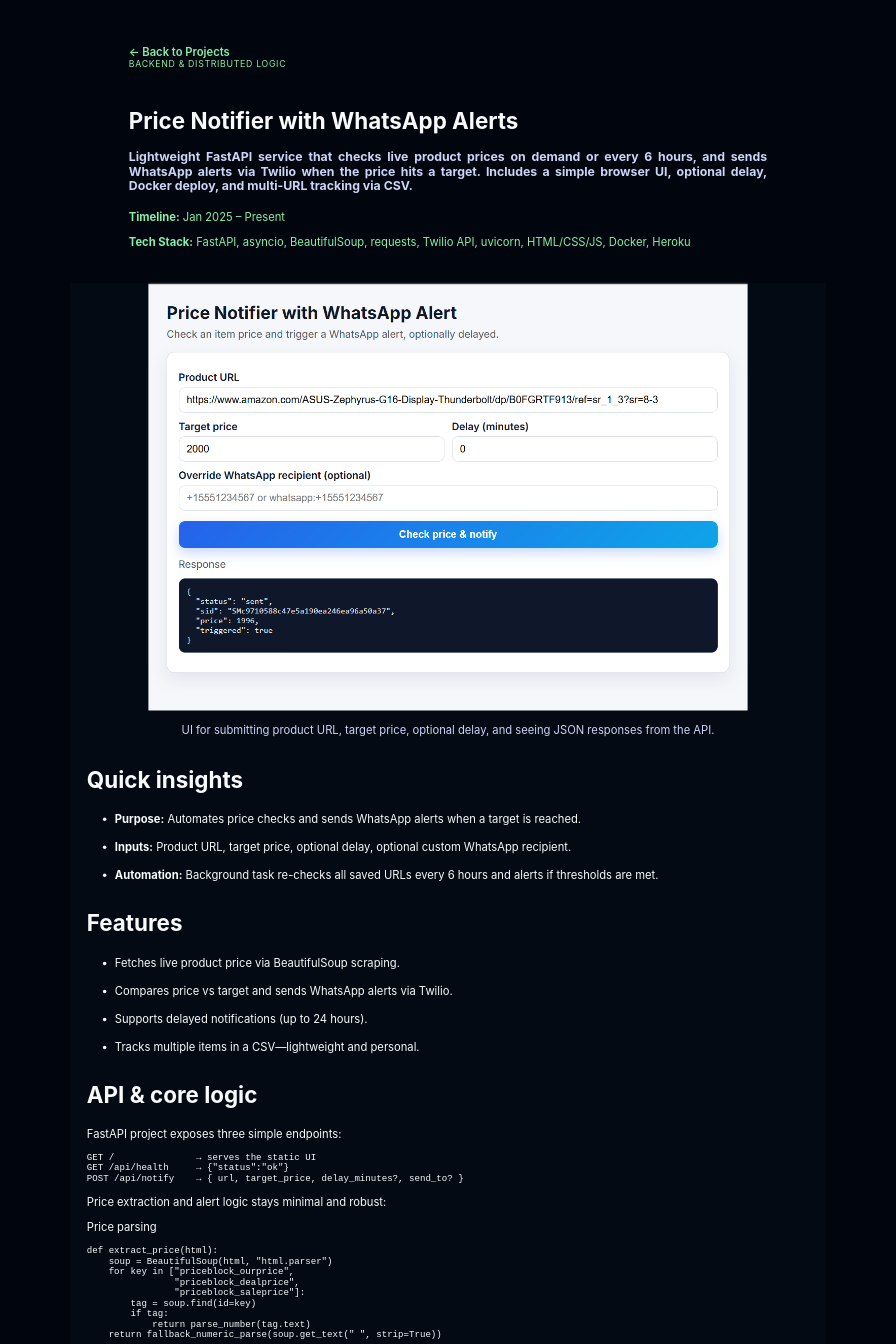
Repository: Abdulaziz-04/Abdulaziz-04.github.io
Page: deepdives/backend_systems/price_notifier/price_notifier.html
These files come from the project's save history. The page is drawn as it stood at one moment and after the next save; the edit follows.
The browser window is 1280 px wide. The pictures show the part of the page from y = 0 to 1920 px (the page is 4150 px tall before and 4114 px after), at 70% of full size.

Above is the page before, as saved 2025-11-21 15:06:32.

### deepdives/backend_systems/price_notifier/price_notifier.html
<!DOCTYPE html>
<html lang="en">
  <head>
    <meta charset="UTF-8" />
    <meta name="viewport" content="width=device-width, initial-scale=1" />
    <title>Price Notifier with WhatsApp Alerts</title>
    <link rel="stylesheet" href="../../../assets/css/styles.css" />
  </head>

  <body class="project-detail-page">
    <header class="detail-hero">
      <a class="category-back" href="../../../projects/backend_systems.html">
        ← Back to Projects
      </a>

      <p class="category-pill">Backend & Distributed Logic</p>
      <br />

      <h1>Price Notifier with WhatsApp Alerts</h1>

      <p class="detail-summary">
        <b>
          Lightweight FastAPI service that checks live product prices on demand
          or every 6 hours, and sends WhatsApp alerts via Twilio when the price
          hits a target. Includes a simple browser UI, optional delay, Docker
          deploy, and multi-URL tracking via CSV.
        </b>
      </p>

      <ul class="detail-meta">
        <li><strong>Timeline:</strong> Jan 2025 – Present</li>
        <br />
        <li>
          <strong>Tech Stack:</strong> FastAPI, asyncio, BeautifulSoup,
          requests, Twilio API, uvicorn, HTML/CSS/JS, Docker, Heroku
        </li>
      </ul>
    </header>

    <main class="section detail-content">
      <!-- HERO IMAGE -->
      <section class="detail-section detail-hero-gif">
        <figure class="gallery-item gallery-item--wide">
          <img
            src="./images/intro.png"
            alt="Price notifier UI"
            style="display: block; margin: 0 auto; max-width: 90%; height: auto"
          />
          <figcaption style="text-align: center">
            UI for submitting product URL, target price, optional delay, and
            seeing JSON responses from the API.
          </figcaption>
        </figure>
      </section>

      <!-- QUICK INSIGHTS -->
      <section class="detail-section">
        <h2>Quick insights</h2>
        <ul class="psr-list">
          <li>
            <strong>Purpose:</strong> Automates price checks and sends WhatsApp
            alerts when a target is reached.
          </li>
          <br />
          <li>
            <strong>Inputs:</strong> Product URL, target price, optional delay,
            optional custom WhatsApp recipient.
          </li>
          <br />
          <li>
            <strong>Automation:</strong> Background task re-checks all saved
            URLs every 6 hours and alerts if thresholds are met.
          </li>
        </ul>
      </section>

      <!-- FEATURES -->
      <section class="detail-section">
        <h2>Features</h2>
        <ul>
          <li>Fetches live product price via BeautifulSoup scraping.</li>
          <br />
          <li>
            Compares price vs target and sends WhatsApp alerts via Twilio.
          </li>
          <br />
          <li>Supports delayed notifications (up to 24 hours).</li>
          <br />
          <li>Tracks multiple items in a CSV—lightweight and personal.</li>
        </ul>
      </section>

      <!-- API & LOGIC -->
      <section class="detail-section">
        <h2>API & core logic</h2>

        <p>FastAPI project exposes three simple endpoints:</p>

        <pre
          class="code-bordered"
        ><code>GET /               → serves the static UI
GET /api/health     → {"status":"ok"}
POST /api/notify    → { url, target_price, delay_minutes?, send_to? }</code></pre>

        <p>Price extraction and alert logic stays minimal and robust:</p>

        <div class="code-grid">
          <div class="code-block">
            <p class="code-block__title">Price parsing</p>
            <div class="code-card">
              <pre><code>def extract_price(html):
    soup = BeautifulSoup(html, "html.parser")
    for key in ["priceblock_ourprice",
                "priceblock_dealprice",
                "priceblock_saleprice"]:
        tag = soup.find(id=key)
        if tag:
            return parse_number(tag.text)
    return fallback_numeric_parse(soup.get_text(" ", strip=True))</code></pre>
            </div>
          </div>

          <div class="code-block">
            <p class="code-block__title">Alert decision</p>
            <div class="code-card">
              <pre><code>if price <= target_price:
    if delay:
        asyncio.create_task(send_after_delay(delay, payload))
    else:
        sid = send_whatsapp(payload, price)
</code></pre>
            </div>
          </div>
        </div>

        <p>
          If Twilio credentials or price parsing fails, FastAPI returns clean
          4xx/5xx JSON responses with explanations.
        </p>
      </section>

      <!-- DEPLOYMENT -->
      <section class="detail-section">
        <h2>Deployment & automation</h2>
        <ul>
          <li>Dockerized app deployed on Heroku via container registry.</li>
          <br />
          <li>
            Background task reloads the CSV and checks all URLs every 6 hours.
          </li>
          <br />
          <li>
            Static UI served directly through FastAPI—zero CORS complications.
          </li>
        </ul>
      </section>

      <!-- GALLERY -->
      <section class="detail-section detail-gallery">
        <h2>WhatsApp alert snapshot</h2>

        <div class="gallery-row gallery-row--one">
          <figure class="gallery-item gallery-item--wide">
            <a href="./images/notify.jpg" target="_blank">
              <img
                src="./images/notify.jpg"
                alt="WhatsApp alert showcasing price trigger"
              />
            </a>
            <figcaption>
              Example WhatsApp alert sent when the price dropped below target.
            </figcaption>
          </figure>
        </div>
      </section>
    </main>
  </body>
</html>

### assets/css/styles.css
:root {
  --bg: #030a13;
  --bg-alt: #050f1f;
  --panel: #071425;
  --panel-soft: rgba(34, 197, 94, 0.08);
  --accent: #22c55e;
  --accent-strong: #86efac;
  --text: #f8fafc;
  --muted: #cbd5f5;
  --border: rgba(255, 255, 255, 0.08);
  --radius: 18px;
  --shadow: 0 25px 70px rgba(1, 8, 4, 0.55);
}

* {
  box-sizing: border-box;
}

body {
  margin: 0;
  min-height: 100vh;
  font-family: "Inter", "Segoe UI", system-ui, -apple-system, BlinkMacSystemFont,
    sans-serif;
  color: var(--text);
  background: radial-gradient(circle at 15% 35%, rgba(34, 197, 94, 0.15), transparent 45%),
    radial-gradient(circle at 80% 0%, rgba(134, 239, 172, 0.2), transparent 35%),
    #020718;
  scroll-behavior: smooth;
  padding-top: 0;
}

.modal-open {
  overflow: hidden;
}

main {
  background: var(--bg);
}

.section {
  max-width: 1080px;
  margin: 0 auto;
  padding: 3.5rem 1.5rem;
}

.site-header {
  margin: 0;
  padding: clamp(4rem, 12vw, 6rem) clamp(1.5rem, 6vw, 4rem) 3.5rem;
  background: linear-gradient(135deg, rgba(5, 18, 12, 0.9), rgba(3, 10, 19, 0.85)),
    radial-gradient(circle at top left, rgba(34, 197, 94, 0.25), transparent 55%);
  box-shadow: inset 0 1px 0 rgba(255, 255, 255, 0.05);
  min-height: 85vh;
  display: flex;
  align-items: center;
}

.hero-header {
  margin-top: 0;
  padding-top: clamp(4.5rem, 12vw, 7rem);
}

.top-nav {
  position: fixed;
  top: 0;
  left: 0;
  width: 100%;
  padding: 0.75rem clamp(1.25rem, 6vw, 4rem);
  background: rgba(4, 9, 20, 0.95);
  border-bottom: 1px solid rgba(255, 255, 255, 0.05);
  backdrop-filter: blur(14px);
  display: flex;
  align-items: center;
  justify-content: space-between;
  gap: 1rem;
  z-index: 50;
}

.top-nav__brand {
  font-size: 0.85rem;
  letter-spacing: 0.3em;
  text-transform: uppercase;
  color: var(--muted);
}

.top-nav__links {
  display: flex;
  align-items: center;
  gap: 0.9rem;
  flex-wrap: wrap;
}

.nav-link {
  text-decoration: none;
  color: var(--muted);
  font-weight: 600;
  letter-spacing: 0.08em;
  text-transform: uppercase;
  padding: 0.4rem 0.85rem;
  border-radius: 999px;
  transition: color 0.2s ease, background 0.2s ease;
}

.nav-link:hover {
  color: var(--text);
}

.nav-link.active {
  background: var(--accent);
  color: #03140c;
}

.hire-btn {
  cursor: pointer;
  background: var(--accent);
  color: black;
  padding: 0.95rem 2.4rem;
  font-size: 1.1rem;
  font-weight: 700;
  border: none;
  border-radius: 999px;
  box-shadow: 0 12px 28px rgba(34, 197, 94, 0.35);
}

.hero-grid {
  display: grid;
  grid-template-columns: minmax(0, 1.4fr) minmax(220px, 320px);
  gap: clamp(2rem, 4vw, 3.5rem);
  width: 100%;
  align-items: start;
}

.hero-text h1 {
  font-size: clamp(2.5rem, 5vw, 3.8rem);
  margin: 0.2rem 0 0.8rem;
}

.hero-lede {
  color: var(--muted);
  font-size: 1.05rem;
  max-width: 560px;
  line-height: 1.6;
}

.eyebrow {
  text-transform: uppercase;
  color: var(--accent-strong);
}

.hero-summary {
  margin: 1.5rem 0 1.75rem;
  color: var(--muted);
}

.summary-list {
  font-size: large;
  margin: 0;
  padding-left: 1.5rem;
}

.summary-list li {
  margin-bottom: 0.55rem;
  line-height: 1.5;
}

.hero-actions {
  display: flex;
  flex-wrap: wrap;
  gap: 1rem;
  width: 100%;
}

.hero-actions .hire-btn {
  padding: 1.1rem 2.8rem;
  font-size: 1.2rem;
}

.btn {
  display: inline-flex;
  align-items: center;
  justify-content: center;
  gap: 0.4rem;
  padding: 0.75rem 1.6rem;
  border-radius: 999px;
  text-decoration: none;
  font-weight: 600;
  transition: transform 0.2s ease, box-shadow 0.2s ease;
}

.btn.primary {
  background: linear-gradient(120deg, var(--accent), var(--accent-strong));
  color: #020714;
  box-shadow: var(--shadow);
}

.btn.secondary {
  border: 1px solid var(--accent);
  color: var(--accent-strong);
}

.btn:hover {
  transform: translateY(-2px);
}

.hero-photo {
  justify-self: center;
}

.hero-photo img {
  width: clamp(220px, 18vw, 280px);
  border-radius: 28px;
  border: 1px solid rgba(134, 239, 172, 0.2);
  box-shadow: 0 20px 60px rgba(0, 0, 0, 0.6);
  filter: saturate(1.05);
}

.section h2 {
  margin-top: 0;
  font-size: 2rem;
}

.experience-grid {
  display: grid;
  grid-template-columns: repeat(auto-fit, minmax(300px, 1fr));
  gap: 1.75rem;
}

.experience-title {
  display: flex;
  justify-content: space-between;
  align-items: center;
  gap: 1rem;
  font-size: 1.2rem;
}

.experience-title .role {
  color: var(--text); /* default text color */
  font-weight: 600;
}

.experience-title .org {
  color:#6DF9C9;
  white-space: nowrap;
}

.experience-card,
.project-card {
  background: linear-gradient(145deg, var(--panel), rgba(6, 14, 18, 0.9));
  border-radius: var(--radius);
  border: 1px solid var(--border);
  padding: 1.75rem;
  box-shadow: var(--shadow);
}

.timeline {
  border-left: 2px solid var(--border);
  margin-top: 1.25rem;
}

.timeline-item {
  padding-left: 1.75rem;
  margin-bottom: 1.75rem;
  position: relative;
}

.timeline-header {
  display: flex;
  justify-content: space-between;
  align-items: baseline;
  gap: 1rem;
}

.timeline-header h3 {
  margin: 0;
}

.education-title {
  display: flex;
  justify-content: space-between;
  gap: 0.75rem;
  align-items: baseline;
  flex-wrap: wrap;
}

.edu-gpa {
  color: var(--accent-strong);
  white-space: nowrap;
  font-size: 0.95rem;
}





.hire-modal {
  position: fixed;
  inset: 0;
  background: rgba(5, 9, 18, 0.8);
  display: flex;
  justify-content: center;
  align-items: center;
  z-index: 100;
}

.hire-modal[hidden] {
  display: none;
}

.hire-modal__panel {
  background: #050b16;
  border: 1px solid rgba(255, 255, 255, 0.08);
  border-radius: 22px;
  padding: 1.75rem;
  width: min(90%, 420px);
  box-shadow: 0 30px 80px rgba(0, 0, 0, 0.55);
  position: relative;
  color: var(--text);
}

.hire-modal__panel p {
  color: var(--muted);
}

.hire-modal__close {
  position: absolute;
  top: 0.5rem;
  right: 0.75rem;
  background: var(--accent);
  color: #02120b;
  border: none;
  font-size: 1.35rem;
  font-weight: 700;
  cursor: pointer;
  width: 2.25rem;
  height: 2.25rem;
  border-radius: 999px;
  display: inline-flex;
  align-items: center;
  justify-content: center;
  line-height: 1;
}

.hire-options {
  display: flex;
  flex-direction: column;
  gap: 0.75rem;
  margin-top: 1rem;
}

.hire-option {
  display: flex;
  justify-content: space-between;
  align-items: center;
  padding: 0.85rem 1rem;
  border-radius: 1rem;
  text-decoration: none;
  color: var(--text);
  border: 1px solid rgba(255, 255, 255, 0.08);
  background: rgba(255, 255, 255, 0.02);
  transition: background 0.2s ease, transform 0.2s ease;
}

.hire-option:hover {
  background: rgba(34, 197, 94, 0.18);
  transform: translateY(-2px);
}

.hire-option small {
  color: var(--muted);
  letter-spacing: 0.04em;
}

.hire-modal__action {
  margin-top: 1.5rem;
  width: 100%;
  text-align: center;
}

.timeline-item::before {
  content: "";
  width: 11px;
  height: 11px;
  border-radius: 999px;
  background: var(--accent);
  box-shadow: 0 0 16px rgba(34, 197, 94, 0.8);
  position: absolute;
  left: -6px;
  top: 4px;
}

.timeline-date {
  font-size: 0.85rem;
  letter-spacing: 0.1em;
  text-transform: uppercase;
  color: var(--muted);
}

.course-dropdown {
  margin-top: 1.5rem;
}

.course-toggle {
  width: 100%;
  background: transparent;
  border: 1px solid rgba(255, 255, 255, 0.08);
  border-radius: var(--radius);
  padding: 0.75rem 1.1rem;
  color: var(--text);
  font: inherit;
  font-weight: 600;
  letter-spacing: 0.04em;
  display: flex;
  justify-content: space-between;
  align-items: center;
  cursor: pointer;
  transition: border-color 0.2s ease, transform 0.2s ease, box-shadow 0.2s ease;
}

.course-toggle:hover {
  border-color: rgba(134, 239, 172, 0.7);
  box-shadow: 0 0 20px rgba(34, 197, 94, 0.25);
  transform: translateY(-1px);
}

.course-toggle__icon {
  font-size: 1.1rem;
  line-height: 1;
  transition: transform 0.25s ease;
}

.course-toggle[aria-expanded='true'] .course-toggle__icon {
  transform: rotate(45deg);
}

.course-panel {
  margin-top: 1rem;
  border-left: 2px solid rgba(134, 239, 172, 0.3);
  padding-left: 1.25rem;
}

.course-panel[hidden] {
  display: none;
}

.course-panel__body h4 {
  margin-top: 1rem;
  margin-bottom: 0.5rem;
}

.certifications-list {
  display: grid;
  gap: 1rem;
  margin-top: 1rem;
}

#certifications {
  scroll-margin-top: 140px;
}

.cert-list {
  list-style: none;
  padding: 0;
  margin: 0;
  display: flex;
  flex-direction: column;
  gap: 0.75rem;
}

.cert-title {
  font-weight: 700;
}

.cert-meta {
  font-size: 0.95rem;
  color: var(--muted);
}

.loading-text,
.loading-error {
  color: var(--muted);
  font-style: italic;
}

.loading-error {
  color: #fda4af;
}

.project-card--featured {
  display: flex;
  flex-wrap: wrap;
  gap: 1.5rem;
}

.project-media img {
  max-width: 280px;
  border-radius: var(--radius);
  border: 1px solid rgba(34, 197, 94, 0.3);
}

.project-grid {
  display: grid;
  grid-template-columns: repeat(auto-fit, minmax(240px, 1fr));
  gap: 1.25rem;
  margin-top: 1rem;
}

.projects-overview .projects-lede {
  color: var(--muted);
  max-width: 760px;
  margin-bottom: 2rem;
}

.project-category-grid {
  display: grid;
  grid-template-columns: repeat(auto-fit, minmax(260px, 1fr));
  gap: 1.5rem;
  margin-top: 2rem;
}

.project-category-card {
  border: 1px solid var(--border);
  border-radius: var(--radius);
  padding: 1.75rem;
  background: rgba(7, 19, 33, 0.85);
  display: flex;
  flex-direction: column;
  gap: 0.75rem;
  box-shadow: 0 15px 40px rgba(0, 0, 0, 0.35);
  min-height: 260px;
}

.category-pill {
  text-transform: uppercase;
  letter-spacing: 0.08em;
  font-size: 0.78rem;
  color: var(--accent-strong);
  margin: 0;
  display: block;
  min-height: 2.2em;
  text-decoration: none;
  cursor: pointer;
}

.project-category-card h3 {
  margin: 0;
  line-height: 1.35;
  min-height: 3.2em;
}

.project-category-card > p:not(.category-pill) {
  margin: 0;
  line-height: 1.5;
  min-height: 4.4em;
}

.category-link {
  align-self: flex-start;
  margin-top: auto;
}

.category-page {
  background: #01050d;
  color: var(--text);
  min-height: 100vh;
  margin: 0;
}

.category-hero {
  max-width: 900px;
  margin: 0 auto;
  padding: 4rem 1.5rem 2rem;
  text-align: left;
}

.category-hero h1 {
  margin-top: 0.5rem;
}

.category-back {
  text-decoration: none;
  color: var(--accent-strong);
  font-weight: 600;
}

.category-section {
  padding-top: 0;
}

.category-description {
  color: var(--muted);
  max-width: 720px;
}

.project-modal-grid {
  display: grid;
  grid-template-columns: repeat(auto-fit, minmax(280px, 1fr));
  gap: 1.5rem;
  margin-top: 1.5rem;
  align-items: stretch;
  grid-auto-rows: 1fr;
}

.project-modal-card {
  border: 1px solid rgba(255, 255, 255, 0.08);
  border-radius: 20px;
  padding: 1.25rem;
  background: rgba(5, 13, 25, 0.95);
  display: flex;
  flex-direction: column;
  gap: 1rem;
  box-shadow: 0 20px 50px rgba(0, 0, 0, 0.45);
  height: 100%;
}

.project-modal__body {
  display: grid;
  grid-template-rows: auto 1fr auto auto;
  gap: 0.6rem;
  height: 100%;
}

.project-modal-card h3 {
  margin: 0;
  min-height: 2.6rem;
  display: flex;
  align-items: flex-end;
}

.project-modal__body h3,
.project-modal__body p {
  margin: 0;
}

.project-modal__summary {
  color: var(--muted);
  line-height: 1.5;
  min-height: 0;
}

.project-modal__tech {
  font-size: 0.95rem;
  color: var(--accent-strong);
  min-height: 2.4rem;
  line-height: 1.5;
}

.project-modal__tech strong,
.project-modal__tech b {
  display: block;
}

.project-modal__actions {
  display: flex;
  gap: 0.75rem;
  flex-wrap: wrap;
  margin-top: auto;
  padding-top: 0.75rem;
}

.category-footer {
  text-align: center;
  color: var(--muted);
  padding: 2rem 1rem 3rem;
}

.project-detail-page {
  background: #01050d;
  color: var(--text);
  margin: 0;
}

.detail-hero {
  max-width: 960px;
  margin: 0 auto;
  padding: 4rem 1.5rem 2rem;
}

.detail-summary {
  color: var(--muted);
  font-size: 1.1rem;
}

.detail-meta {
  list-style: none;
  padding: 0;
  margin: 1.5rem 0 0;
  display: flex;
  flex-wrap: wrap;
  gap: 1rem 2rem;
  color: var(--accent-strong);
}

.detail-content {
  padding-top: 0;
}

.home-page p,
.home-page li,
.home-page .course-panel__body {
  text-align: justify;
}

.home-page .projects-overview p,
.home-page .project-category-card p {
  text-align: left;
}

.project-detail-page p,
.project-detail-page li {
  text-align: justify;
}

.detail-section {
  margin-bottom: 2.5rem;
}

.detail-gallery {
  display: flex;
  flex-direction: column;
  gap: 1.5rem;
}

.detail-gallery .gallery-row {
  display: flex;
  flex-direction: column;
  gap: 1.75rem;
  align-items: center;
}

.detail-gallery .gallery-row--two {
  width: 100%;
  display: grid;
  grid-template-columns: repeat(auto-fit, minmax(280px, 1fr));
  gap: 1.25rem;
  align-items: start;
}

.detail-gallery .gallery-item {
  flex: 0 0 auto;
  max-width: 880px;
  margin: 0 auto;
  text-align: center;
}

.detail-gallery .gallery-item figcaption {
  text-align: center;
}

.detail-gallery .gallery-item img {
  display: block;
  width: 100%;
  height: auto;
  border-radius: 12px;
  border: 1px solid rgba(255, 255, 255, 0.08);
  margin: 0 auto;
  transform: none;
}

.detail-video {
  display: block;
  width: 100%;
  max-width: 720px;
  height: auto;
  margin: 0 auto;
  border-radius: 12px;
  border: 1px solid rgba(255, 255, 255, 0.08);
  background: #000;
}

.detail-gallery__grid {
  display: grid;
  grid-template-columns: repeat(auto-fit, minmax(240px, 1fr));
  gap: 1.25rem;
}

.detail-gallery__grid img {
  width: 100%;
  border-radius: 14px;
  border: 1px solid rgba(255, 255, 255, 0.08);
}

.detail-snippet pre {
  background: #020714;
  padding: 1.25rem;
  border-radius: 16px;
  border: 1px solid rgba(255, 255, 255, 0.08);
  overflow-x: auto;
}

.code-emphasis {
  font-size: 1.4em;
}

.skills-list {
  display: flex;
  flex-wrap: wrap;
  gap: 0.65rem;
}

.skill-pill {
  --pill-bg: rgba(148, 163, 184, 0.15);
  --pill-color: #f8fafc;
  --pill-icon: rgba(255, 255, 255, 0.85);
  display: inline-flex;
  align-items: center;
  gap: 0.4rem;
  padding: 0.45rem 0.9rem;
  border-radius: 0.85rem;
  background: var(--pill-bg);
  color: var(--pill-color);
  font-size: 0.78rem;
  font-weight: 700;
  letter-spacing: 0.05em;
  text-transform: uppercase;
  border: 1px solid rgba(255, 255, 255, 0.06);
  box-shadow: 0 6px 14px rgba(0, 0, 0, 0.25);
}

.skill-pill i {
  font-size: 1rem;
  color: var(--pill-icon);
}

.site-footer {
  text-align: center;
  display: flex;
  justify-content: center;
  padding: 2.5rem 1rem 3rem;
  color: var(--muted);
  border-top: 1px solid var(--border);
  background: linear-gradient(180deg, rgba(5, 9, 18, 0.98), rgba(2, 7, 24, 0.95));
  margin-top: 0;
  box-shadow: 0 -18px 45px rgba(0, 0, 0, 0.45);
}

.site-footer p {
  margin: 0;
}

@media (max-width: 1024px) {
  .hero-grid {
    grid-template-columns: 1fr;
    text-align: center;
  }

  .hero-photo {
    order: -1;
  }

  .top-nav {
    flex-direction: column;
    align-items: flex-start;
    gap: 0.5rem;
  }

  .top-nav__links {
    width: 100%;
    justify-content: flex-start;
    gap: 0.5rem;
  }

  .hire-btn {
    width: 100%;
    text-align: center;
  }
}

@media (max-width: 640px) {
  .hero-header {
    padding-top: 9rem;
  }

  .experience-title {
    flex-direction: column;
    align-items: flex-start;
    gap: 0.35rem;
    font-size: 1.05rem;
  }

  .experience-title .org {
    white-space: normal;
    width: 100%;
  }
}


/* Medium size for first GIF */
.gallery-item--medium {
  text-align: center;
}

.gallery-item--medium img {
  max-width: 720px;
  width: 100%;
  height: auto;
  display: block;
  margin: 0 auto;
}

.gallery-item figcaption {
  margin-top: 0.95rem;
  color: var(--muted);
  line-height: 1.5;
}

.hero-screens {
  display: flex;
  flex-wrap: wrap;
  justify-content: center;
  align-items: flex-start;
  gap: 1.25rem;
}

.hero-screens .gallery-item {
  max-width: 220px;
  width: 100%;
  display: flex;
  flex-direction: column;
  align-items: center;
}

.hero-screens .gallery-item img {
  width: 100%;
  height: 420px;
  display: block;
  margin: 0 auto;
  object-fit: contain;
}

.hero-screens .gallery-item figcaption {
  text-align: center;
  margin-top: 0.75rem;
}


a {
  color: #b6f5c9;
}

a:hover {
  color: #8ef0af;
}

After the next save:
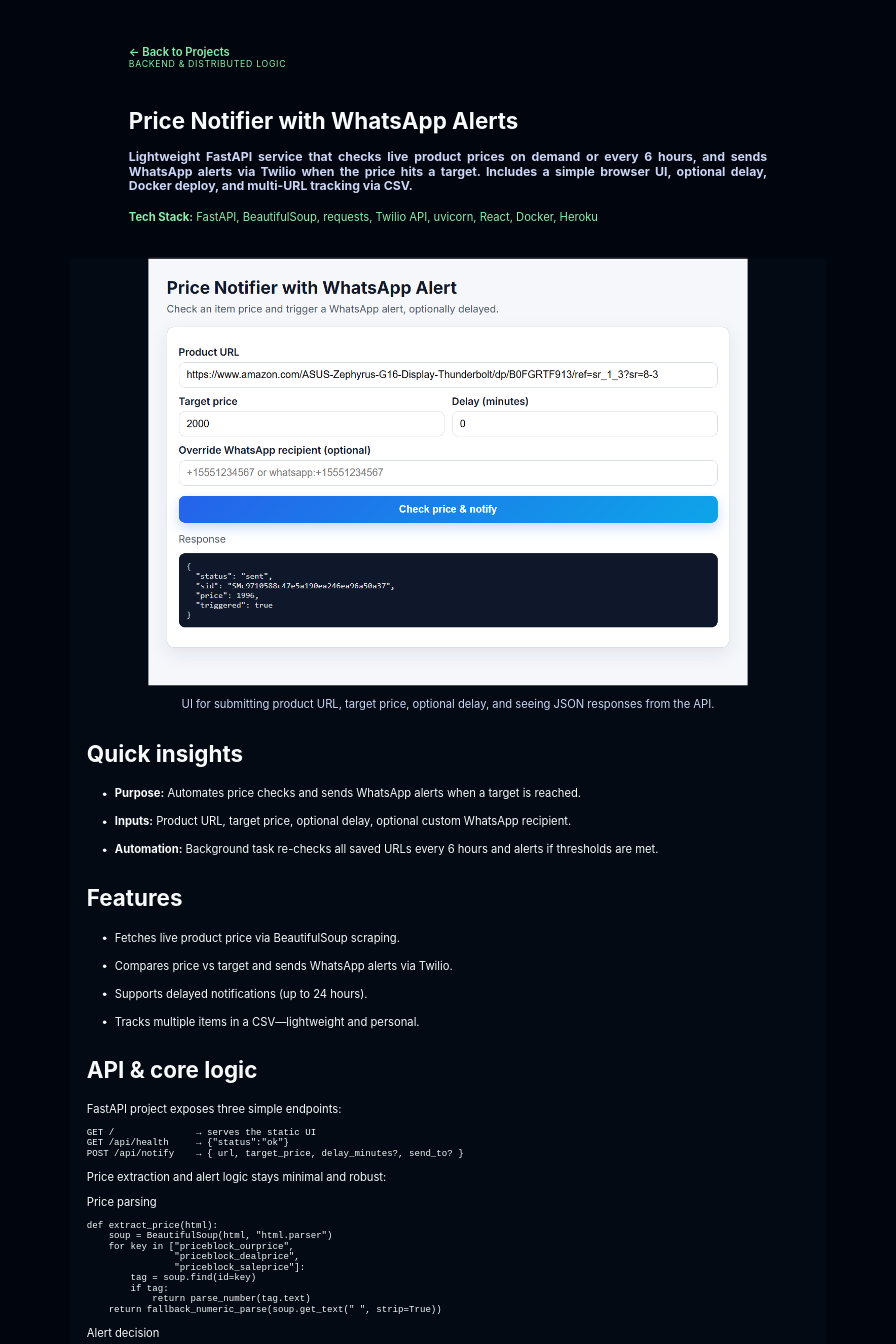
Saved 47 s later.
--- a/deepdives/backend_systems/price_notifier/price_notifier.html
+++ b/deepdives/backend_systems/price_notifier/price_notifier.html
@@ -28,11 +28,9 @@
       </p>
 
       <ul class="detail-meta">
-        <li><strong>Timeline:</strong> Jan 2025 – Present</li>
-        <br />
         <li>
-          <strong>Tech Stack:</strong> FastAPI, asyncio, BeautifulSoup,
-          requests, Twilio API, uvicorn, HTML/CSS/JS, Docker, Heroku
+          <strong>Tech Stack:</strong> FastAPI, BeautifulSoup, requests, Twilio
+          API, uvicorn, React, Docker, Heroku
         </li>
       </ul>
     </header>
